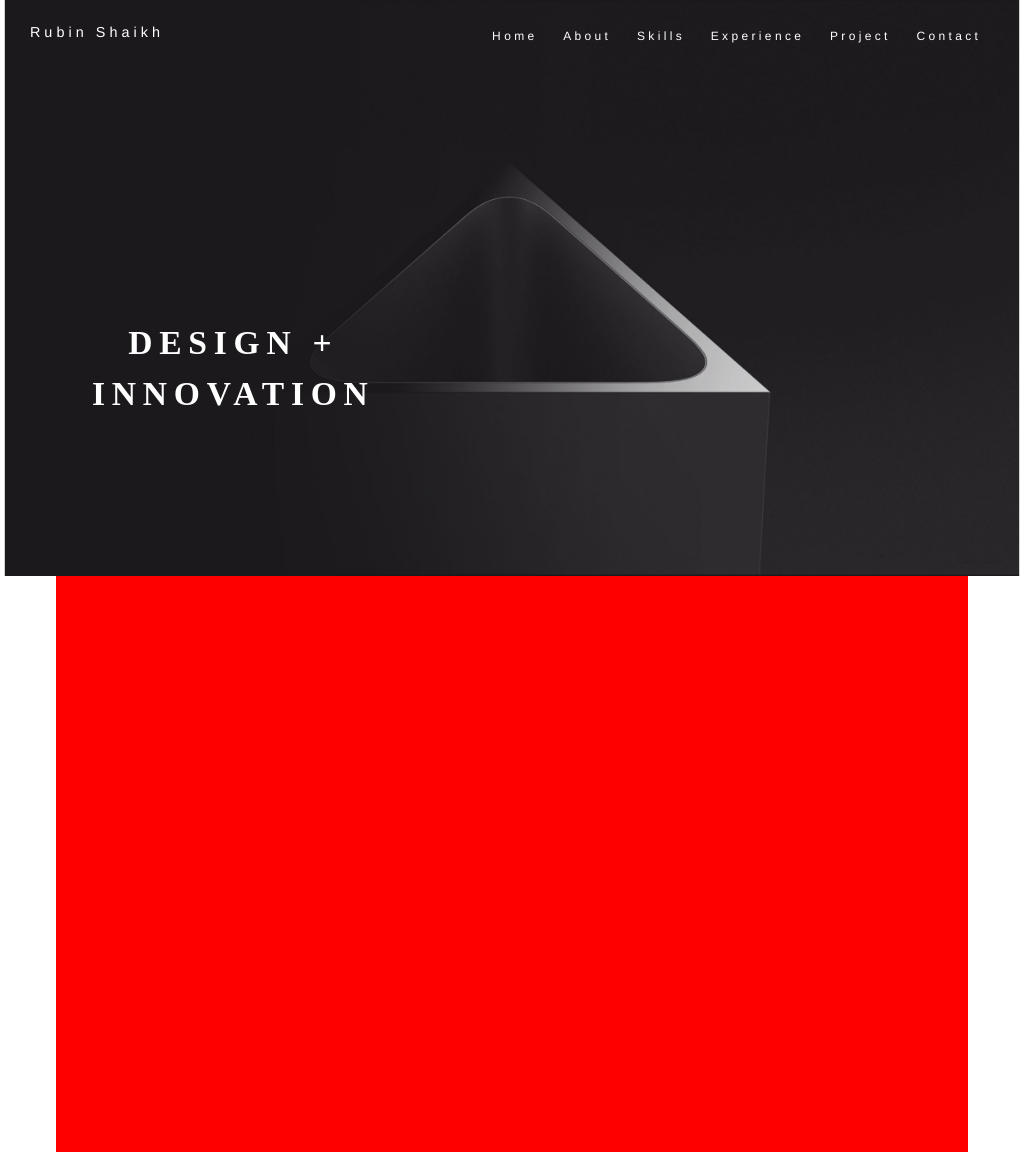
Repository: Rubin78/My-Portfolio
Page: /second
An editor plug-in stored every save of this project. The page is shown before and after the next save, followed by the edit.
The browser window is 1280 px wide. The pictures show the whole page, at 80% of full size.
The project was rebuilt for these pictures with package versions that can differ from the ones it lists, and the page was loaded fresh each time. Also part of the build but not shown: src/components/First/First.module.css, src/components/First/First.js, src/components/Third.js.

Above is the page before, as saved 2020-07-21 17:20:21.

After the next save:
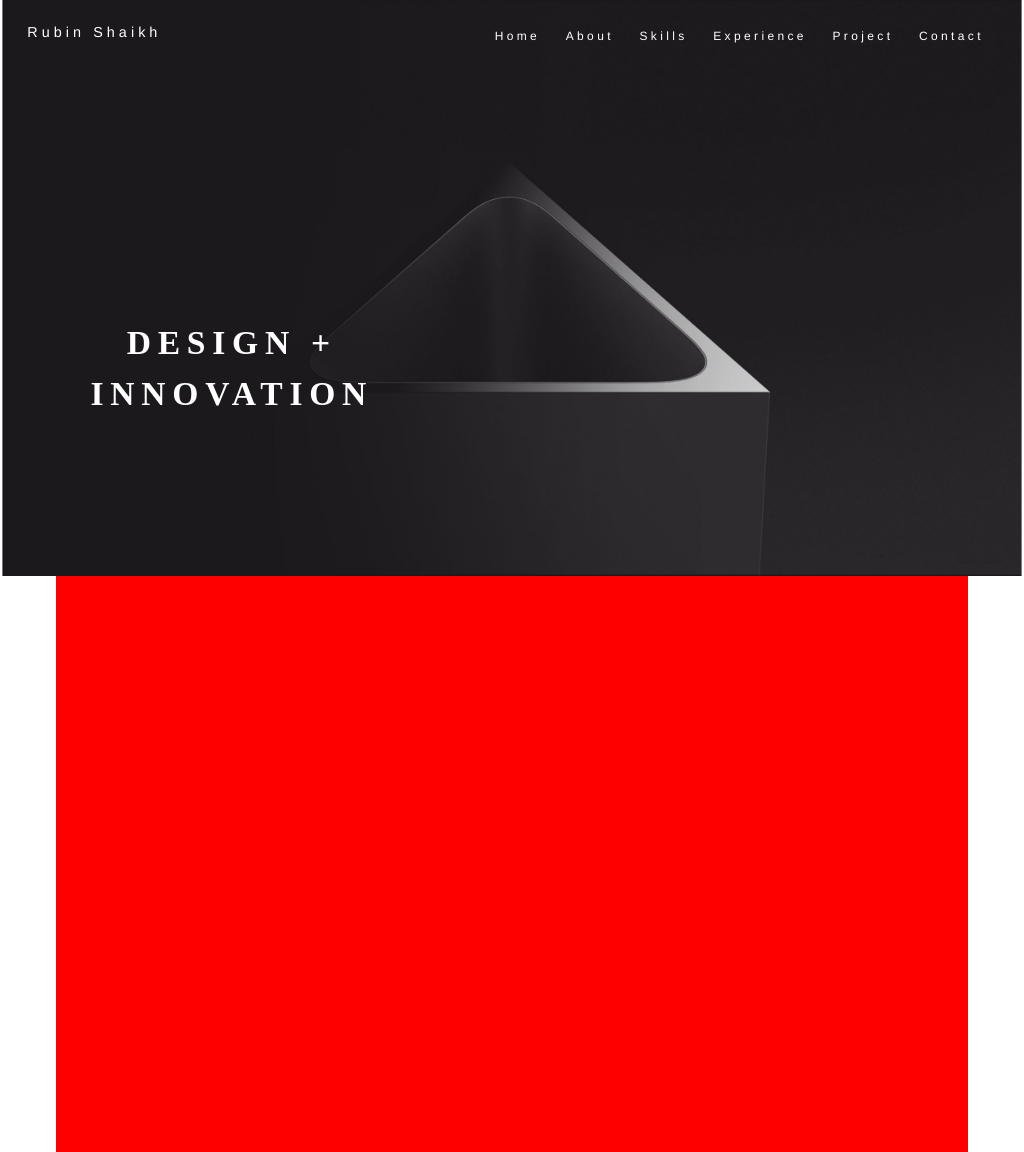
Saved 32 s later.
--- a/src/components/Second.css
+++ b/src/components/Second.css
@@ -7,7 +7,7 @@
     background-size: cover;
     background-repeat: 'no-repeat';
     height: 100vh;
-    width: 99vw;
+    width: 99.5vw;
     overflow: hidden;
     position: relative;
 
